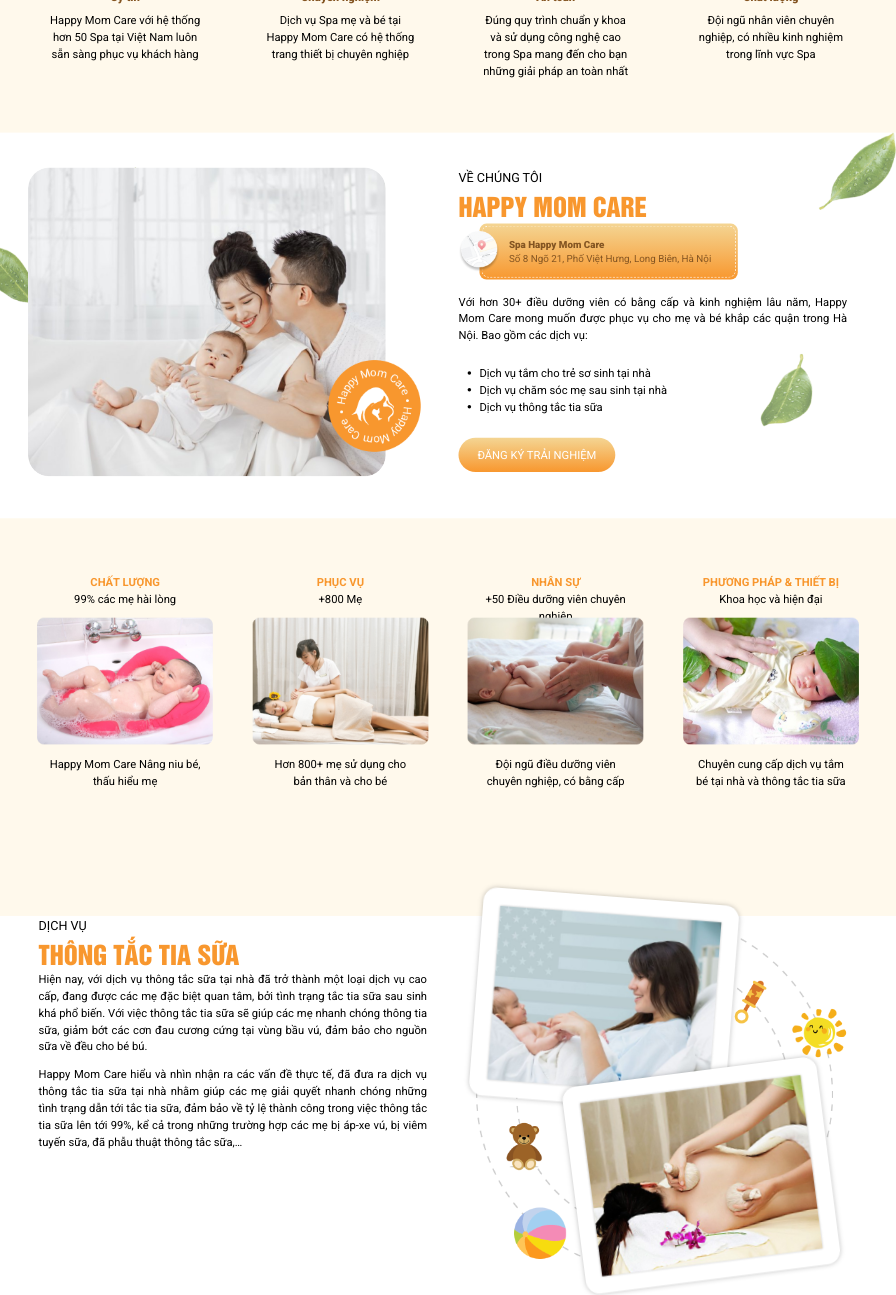
Repository: haianh12082001/happymom
Page: index.html
An editor plug-in stored every save of this project. The page is shown before and after the next save, followed by the edit.
The browser window is 1280 px wide. The pictures show the part of the page from y = 929 to 2849 px (the page is 2779 px tall before and 2849 px after), at 70% of full size.
Some web libraries are served in a nearby version. The style sheet was rebuilt from its Sass, Less or Tailwind sources for each picture, by a compiler version that may differ from the author's.

Above is the page before, as saved 2021-11-16 10:16:55.

After the next save:
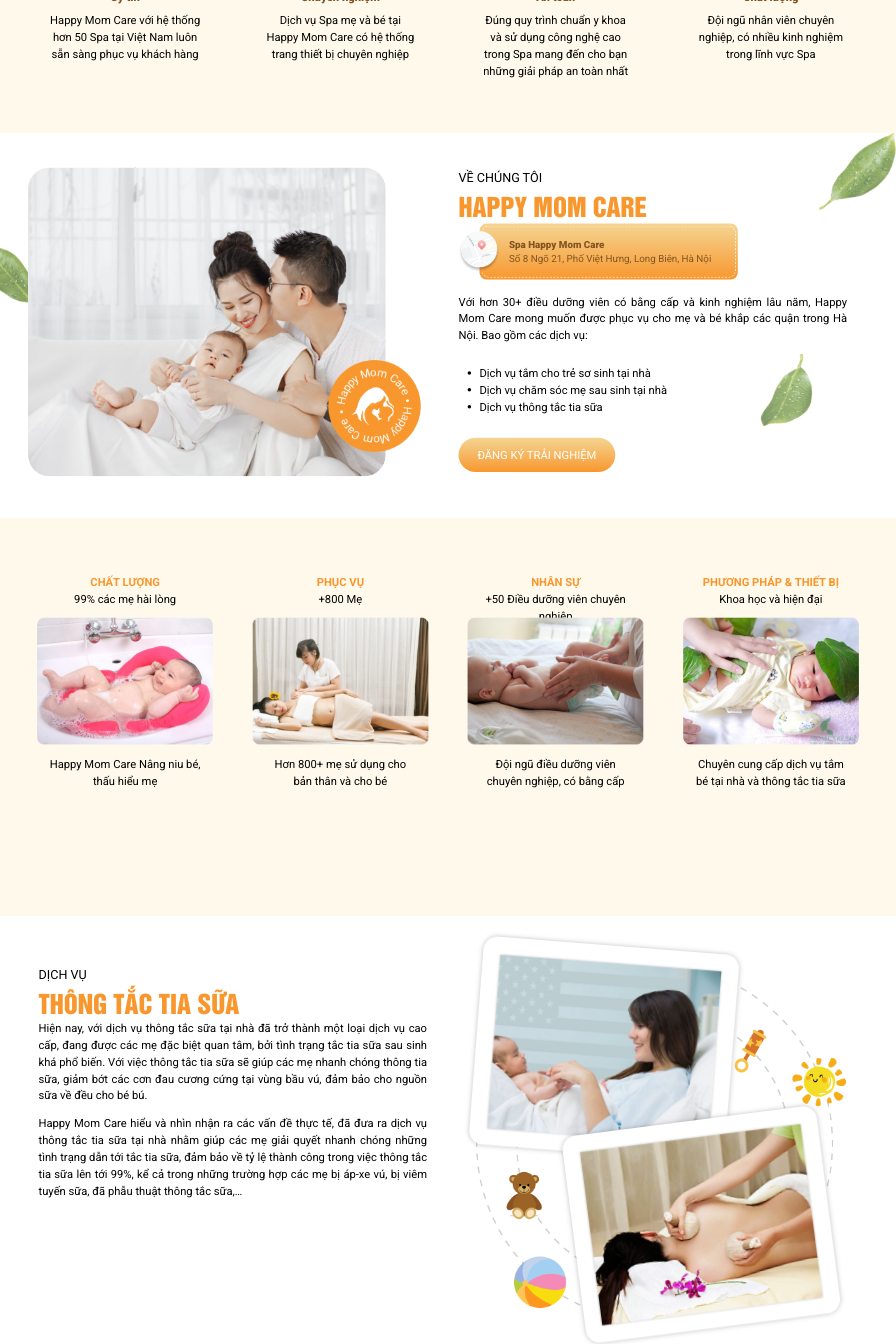
Saved 86 s later.
--- a/index.html
+++ b/index.html
@@ -248,7 +248,7 @@
                 </div>
             </div>
         </section>
-        <seaction class="serviceOne">
+        <section class="serviceOne">
             <div class="serviceOne__container container">
                 <div class="row">
                     <div class="col-lg-6 serviceOne__left">
@@ -278,7 +278,7 @@
                     </div>
                 </div>
             </div>
-        </seaction>
+        </section>
         <script type="text/javascript" src="https://code.jquery.com/jquery-1.11.0.min.js"></script>
         <script type="text/javascript" src="https://code.jquery.com/jquery-migrate-1.2.1.min.js"></script>
         <script
